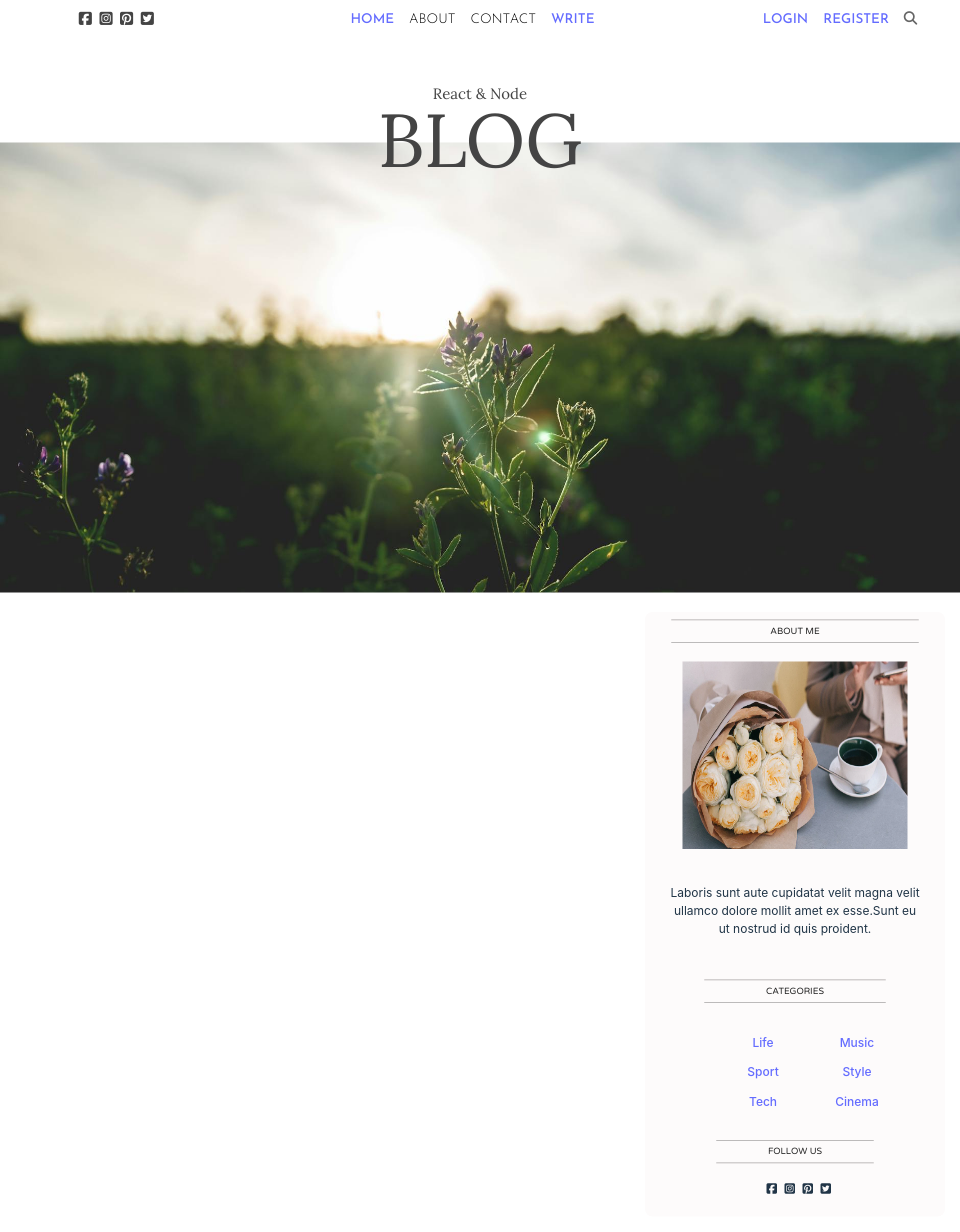
Repository: SahanChathura0730/BlogApp
Page: / (app in FrontEnd/)
The author's editor kept a copy of each file at every save. The page is drawn from the files as they stood at one save, then again after the next save.
The browser window is 1280 px wide. The pictures show the whole page, at 75% of full size.
The page's requests for data from a server got no answer. Some web libraries are served in a nearby version. The project was rebuilt for these pictures with package versions that can differ from the ones it lists, and the page was loaded fresh each time. No one was signed in, and anything a server would have sent is missing. Also part of the build but not shown: FrontEnd/src/component/post/post.css, FrontEnd/src/component/post/Post.jsx, FrontEnd/src/component/singlePost/singlePost.css, FrontEnd/src/component/singlePost/SinglePost.jsx, FrontEnd/src/pages/singlePage/singlePage.css, FrontEnd/src/pages/singlePage/SinglePage.jsx, FrontEnd/src/pages/write/write.css, FrontEnd/src/pages/write/Write.jsx and 6 more.

Above is the page before, as saved 2024-09-16 20:06:34.

After the next save:
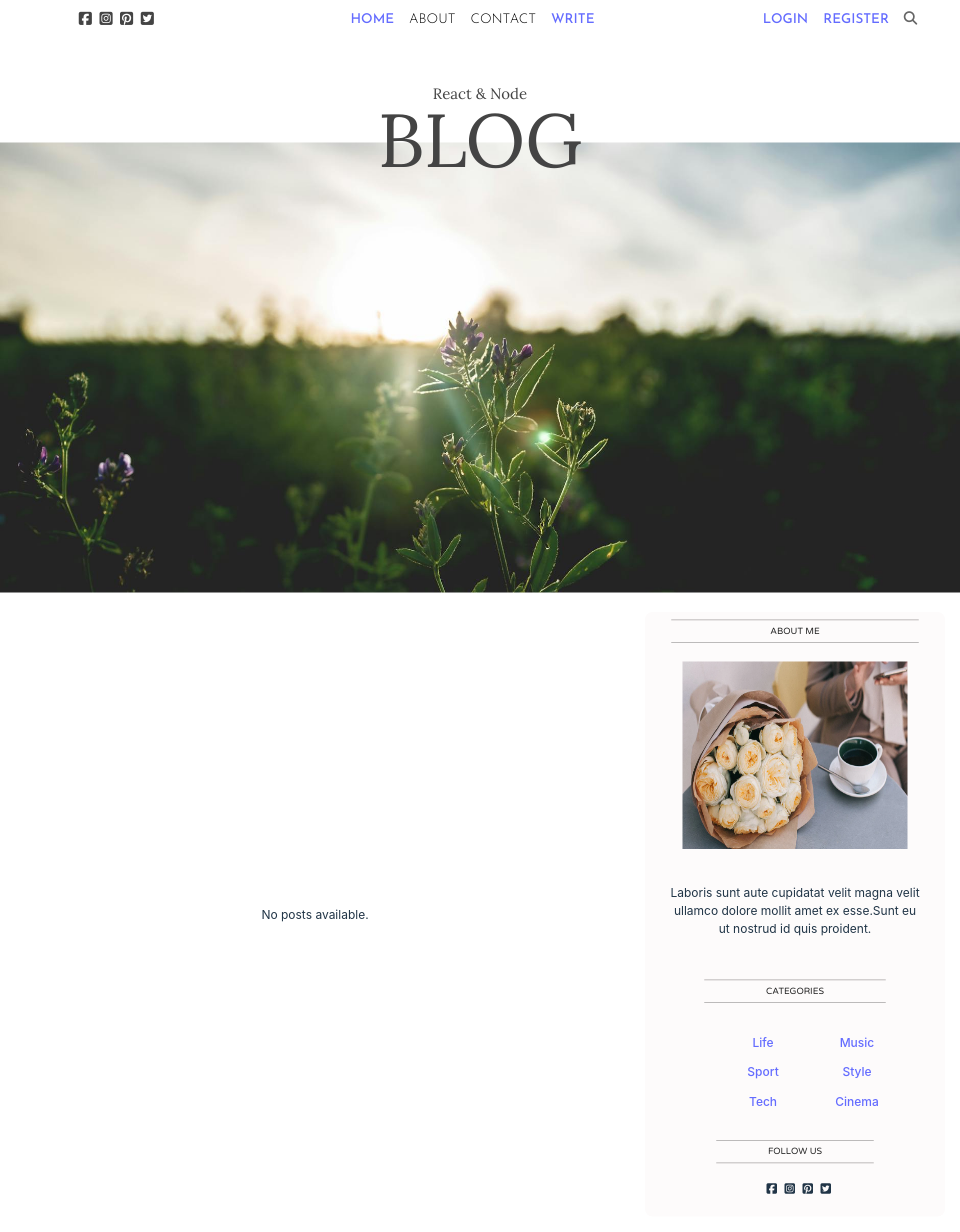
Saved 2 min 13 s later.
--- a/FrontEnd/src/component/posts/Posts.jsx
+++ b/FrontEnd/src/component/posts/Posts.jsx
@@ -1,13 +1,23 @@
-import React from 'react'
-import './posts.css'
-import Post from '../post/Post'
+import React from 'react';
+import './posts.css';
+import Post from '../post/Post';
 
 export default function Posts({ posts }) {
+  // Ensure posts is an array
+  if (!Array.isArray(posts)) {
+    console.error('Expected posts to be an array but received:', posts);
+    return <div>Error: Posts data is not available.</div>;
+  }
+
   return (
     <div className="posts">
-      {posts.map((p) => (
-        <Post key={p._id} post={p} /> // Added `key` prop for uniqueness
-      ))}
+      {posts.length > 0 ? (
+        posts.map((p) => (
+          <Post key={p._id} post={p} />
+        ))
+      ) : (
+        <p>No posts available.</p>
+      )}
     </div>
   );
 }
